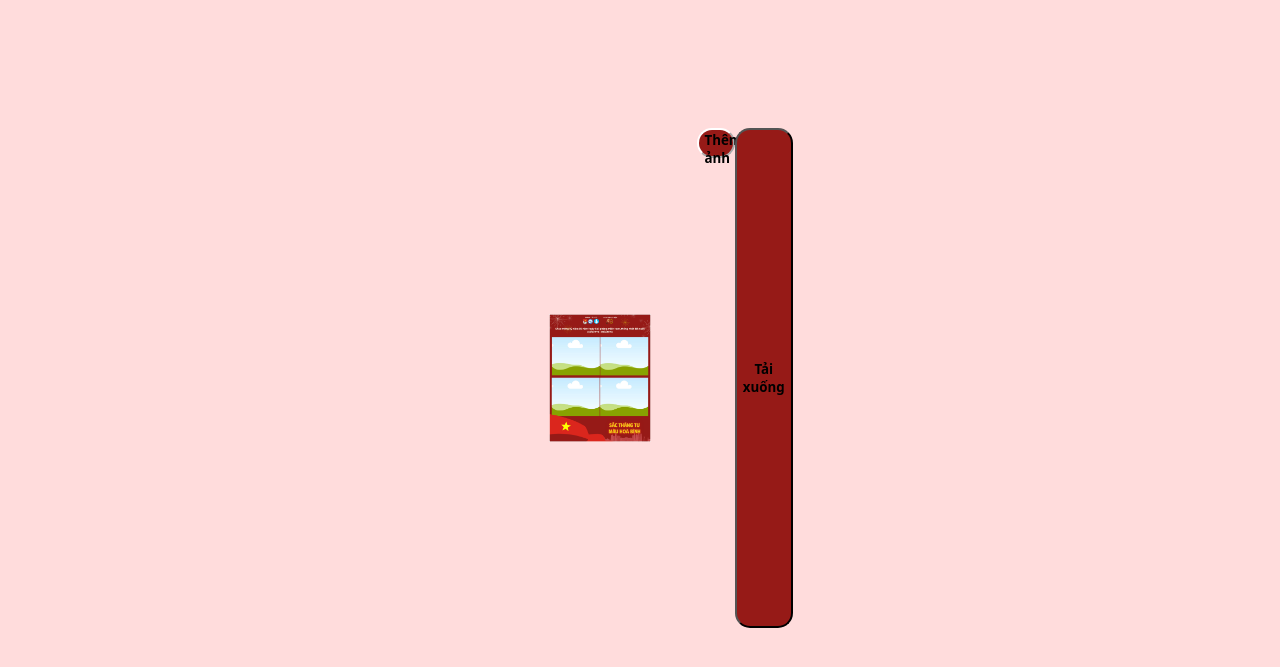
Repository: nguyentambinh/tuoitretdmu
Page: http://localhost/
An editor plug-in stored every save of this project. The page is shown before and after a run of saves, followed by the edit.
The browser window is 1280 px wide. The pictures show the whole page.
The page is run by PHP 8.4 with error messages shown; the project is at /var/www/html/.

Above is the page before, as saved 2025-04-10 12:49:26.

### index.php
<!DOCTYPE html>
<html lang="en">
<head>
    <meta charset="UTF-8">
    <meta name="viewport" content="width=device-width, initial-scale=1.0">
    <link rel="stylesheet" href="main.css">
    <script src="main.js"></script>
    <title></title>
</head>
<body>
    <div class = "container-box">
        <div class="background-box">

        </div>
        <div class="control-box">
            <button class="btn-add-picture">Thêm ảnh</button>
            <button class="btn-dowload-picture">Tải xuống</button>
        </div>
    </div>

</body>
</html>

### main.css
body{
    background-color: #ffdcdc;
    width: 80%;
    margin: 0 auto;
    margin-top: 10%;
    align-items: center;
    display: flex;
    justify-content: center;
}

.background-box{
    display: flex;
    justify-content: center;
    width: 80%;
    height: 500px;
    background-position: center;
    background-image: url('./picture/FRAMEPHOTOBOOTH304.png');
    background-size: contain;
    background-repeat: no-repeat;
}
.container-box{
    display: grid;
    display: grid;
    grid-template-columns: 70% 30%;
    gap: 20px;
}
.control-box{
    display: flex;

}
.btn-dowload-picture{
    background-color: #961A17;
    border-radius: 15px;
    font-weight: bold;
    font-family: system-ui, -apple-system, BlinkMacSystemFont, 'Segoe UI', Roboto, Oxygen, Ubuntu, Cantarell, 'Open Sans', 'Helvetica Neue', sans-serif;
}
.btn-add-picture{
    background-color: #961A17;
    border-radius: 15px;
    font-weight: bold;
    font-family: system-ui, -apple-system, BlinkMacSystemFont, 'Segoe UI', Roboto, Oxygen, Ubuntu, Cantarell, 'Open Sans', 'Helvetica Neue', sans-serif;
    border-color: white;
    width: 70%;
    height: 30px;
}

Loaded but not shown: main.js (no copy from this time; the picture is the same without it)

After the next 5 saves:
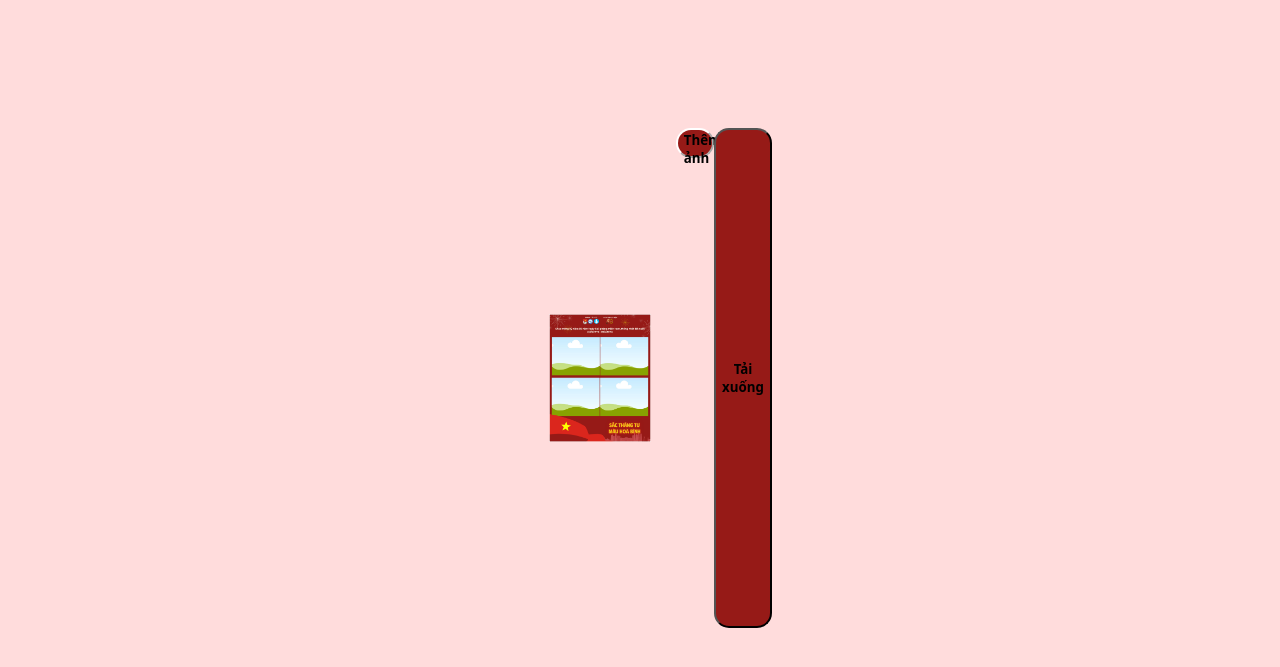
The 5 saves are shown as one change because they came seconds apart.
The last was saved 77 s later.
--- a/main.css
+++ b/main.css
@@ -26,7 +26,8 @@
 }
 .control-box{
     display: flex;
-
+    justify-content: center;
+    align-content: center;
 }
 .btn-dowload-picture{
     background-color: #961A17;
